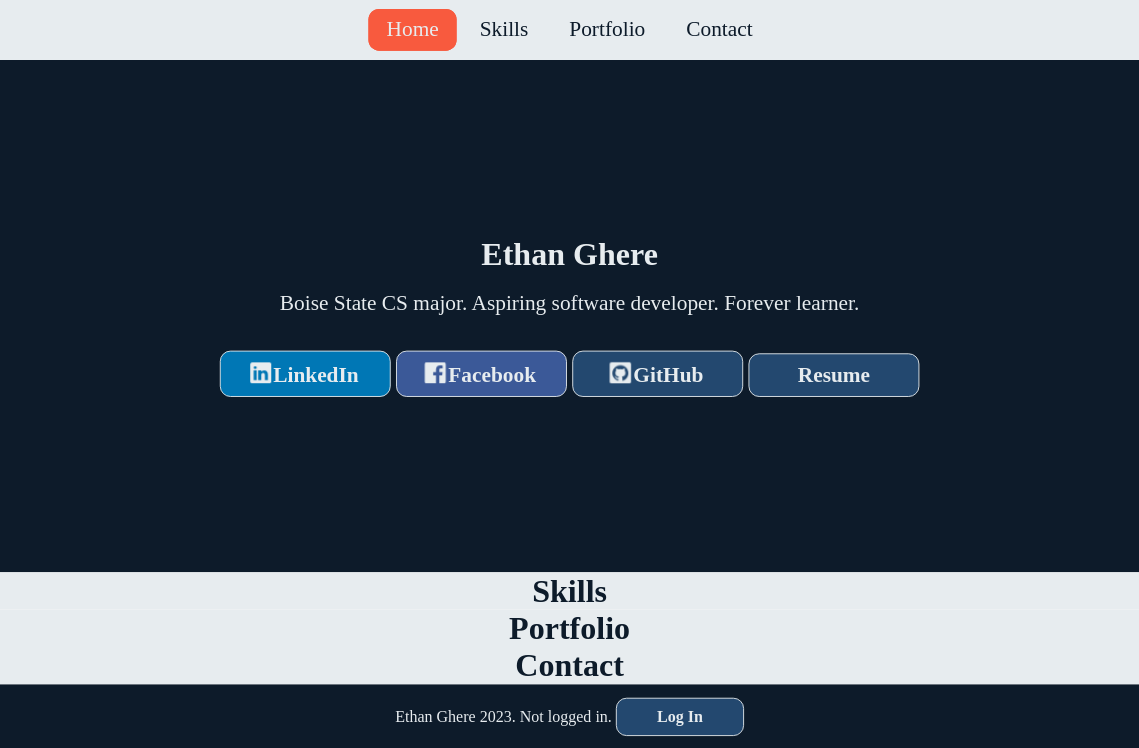
Repository: eghere-bsu/ethanghere-website
Page: http://localhost/php/index.php
These files come from the project's save history. The page is drawn as it stood at one moment and after the next save; the edit follows.
The browser window is 1280 px wide. The pictures show the whole page, at 89% of full size.
Some web fonts or font styles are not loaded; a fallback is used. The page is run by PHP 8.4 with error messages shown; the project is at /var/www/html/. Queries for data that is not in the repository find no rows.

Above is the page before, as saved 2023-11-27 16:56:16.

After the next save:
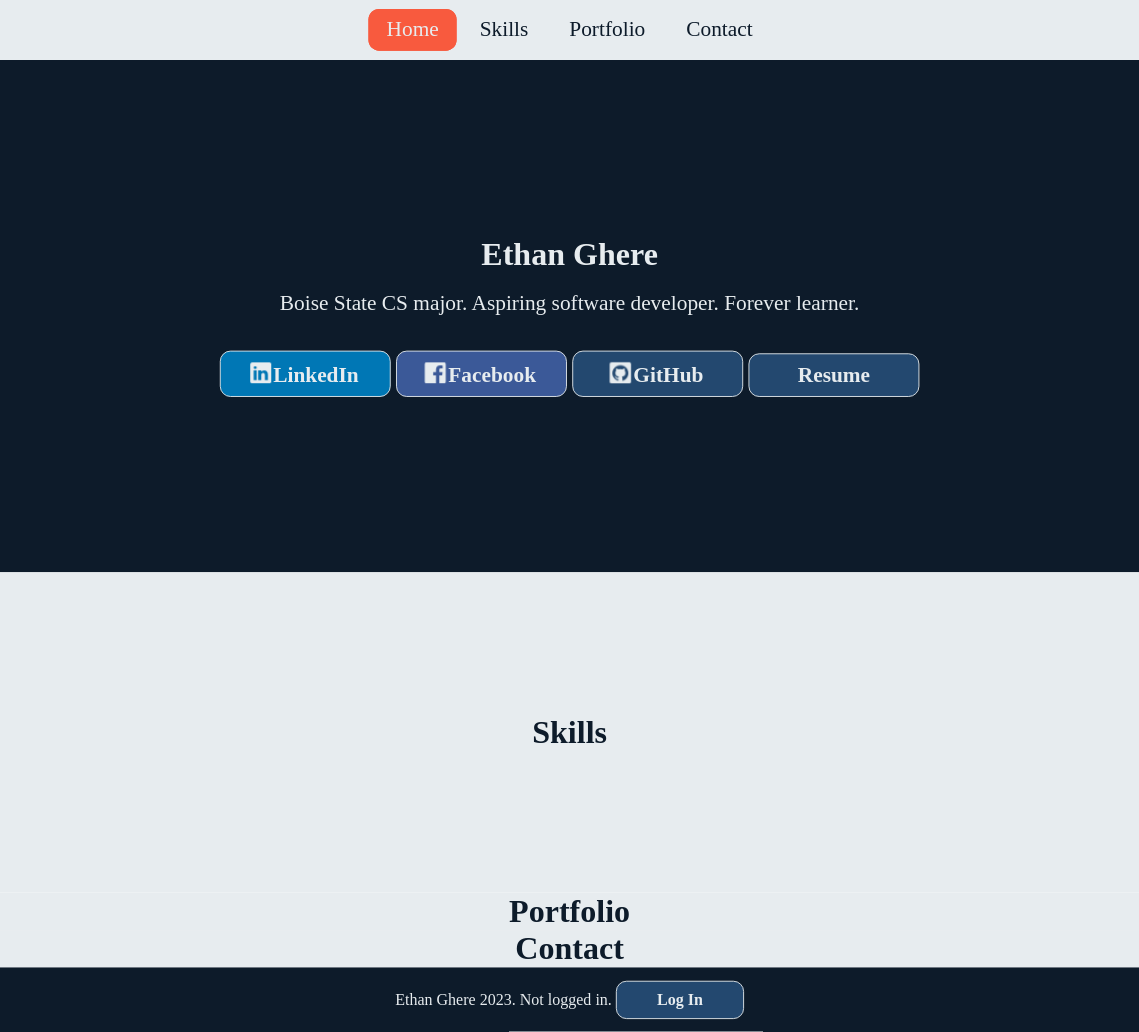
Saved 38 s later.
--- a/css/style.css
+++ b/css/style.css
@@ -20,7 +20,6 @@
   flex-direction: column;
   align-items: center;
   justify-content: center;
-
 }
 
 section#home {
@@ -34,7 +33,9 @@
   }
 }
 
-section#skills {}
+section#skills {
+  height: 50vh;
+}
 
 
 /* TODO */
